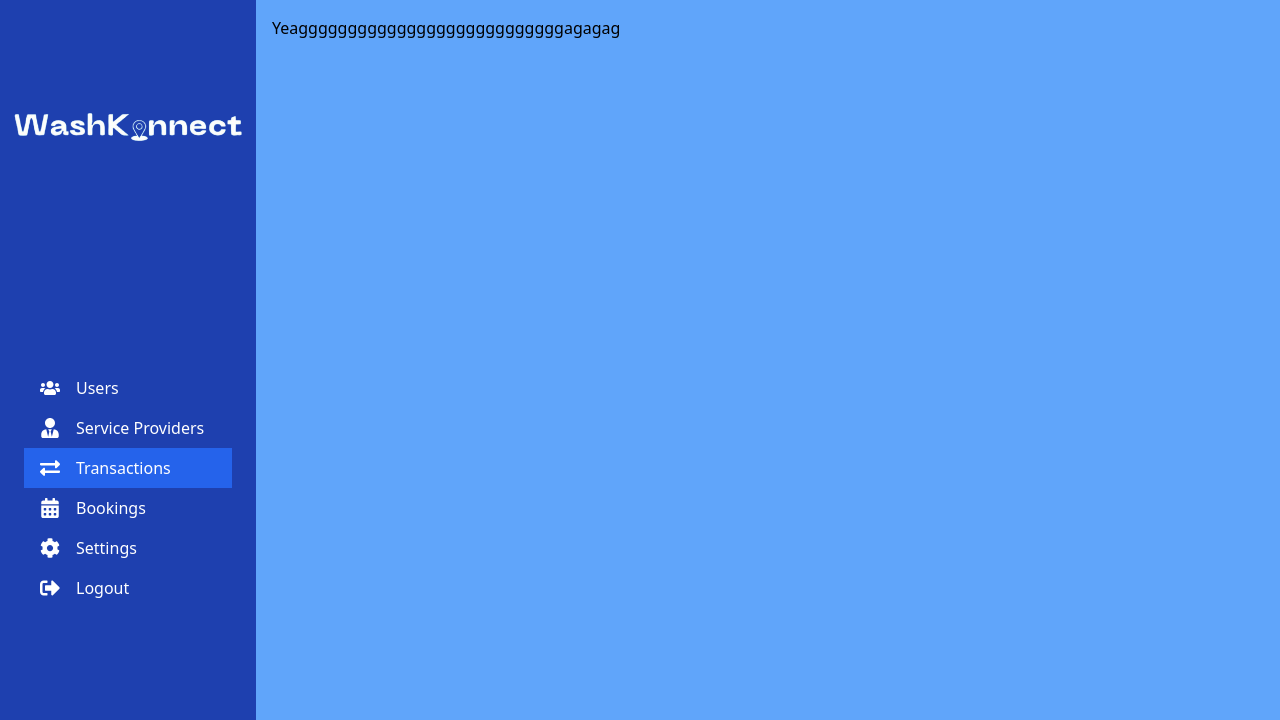
Repository: TEKVOLUTION-LTD/Admin-washKonnect
Page: /dashboard/transactions (app in Admin-WashKonnect/)
An editor plug-in stored every save of this project. The page is shown before and after the next save, followed by the edit.
The browser window is 1280 px wide. The pictures show the whole page.
The project was rebuilt for these pictures with package versions that can differ from the ones it lists, and the page was loaded fresh each time. Also part of the build but not shown: Admin-WashKonnect/vite.config.js, Admin-WashKonnect/src/api/api.js, Admin-WashKonnect/src/pages/LoginPage.jsx, Admin-WashKonnect/src/components/Pagination.jsx, Admin-WashKonnect/src/components/UsersPage.jsx, Admin-WashKonnect/src/pages/ServiceProviderPage.jsx, Admin-WashKonnect/src/pages/BookingsPage.jsx, Admin-WashKonnect/src/pages/SettingsPage.jsx and 1 more.

Above is the page before, as saved 2024-11-20 10:45:16.

### Admin-WashKonnect/src/App.jsx
import { BrowserRouter as Router, Route, Routes } from "react-router-dom";
import LoginPage from "./pages/LoginPage";
import Dashboard from "./pages/Dashboard";

function App() {
  return (
    <Router>
      <Routes>
        <Route path="/" element={<LoginPage />} />
        <Route path="/dashboard/*" element={<Dashboard />} />
      </Routes>
    </Router>
  );
}

export default App;

### Admin-WashKonnect/src/pages/Dashboard.jsx
import { Route, Routes } from "react-router-dom";
import Sidebar from "../components/Sidebar";
import UserPage from "../components/UsersPage";
import ServiceProviderPage from "./ServiceProviderPage";
import TransactionPage from "./TransactionsPage";
import BookingsPage from "./BookingsPage";
import SettingsPage from "./SettingsPage";
import LogoutPage from "./LogoutPage";

const Dashboard = () => {
  return (
    <div className="flex h-screen ">
      <Sidebar />
      <div className="flex-1 bg-blue-400 p-4 overflow-auto ">
        <Routes>
          <Route path="users" element= {<UserPage />} />
          <Route path="service-providers" element={<ServiceProviderPage />} />
          <Route path="transactions" element={<TransactionPage />} />
          <Route path="bookings" element={<BookingsPage />} />
          <Route path="settings" element={<SettingsPage />} />
          <Route path="logout" element={<LogoutPage />} />
        </Routes>
      </div>
    </div>
  );
};

export default Dashboard;

### Admin-WashKonnect/src/components/Sidebar.jsx
import { NavLink } from "react-router-dom";
import { FaUsers, FaUserTie, FaExchangeAlt, FaCalendarAlt, FaCog, FaSignOutAlt } from "react-icons/fa";
import WashkonnectLogo from '../assets/WashkonnectLogo.png'

const Sidebar = () => {
  const links = [
    { name: "Users", path: "users", icon: <FaUsers /> },
    { name: "Service Providers", path: "service-providers", icon: <FaUserTie /> },
    { name: "Transactions", path: "transactions", icon: <FaExchangeAlt /> },
    { name: "Bookings", path: "bookings", icon: <FaCalendarAlt /> },
    { name: "Settings", path: "settings", icon: <FaCog /> },
    { name: "Logout", path: "logout", icon: <FaSignOutAlt /> },
  ];

  return (
    <div className="w-64 bg-blue-800 text-white h-full  flex flex-col">
      <div>
        <img src={WashkonnectLogo} alt="" />
      </div>
      <nav className="flex-1 mt-[7rem] px-[1.5rem] ">
        {links.map((link) => (
          <NavLink
            key={link.name}
            to={`/dashboard/${link.path}`}
            className={({ isActive }) =>
              `block px-4 py-2 flex items-center space-x-4 hover:bg-blue-400 ${
                isActive ? "bg-blue-600" : ""
              }`
            }
          >
            <span className="text-xl">{link.icon}</span>
            <span>{link.name}</span>
          </NavLink>
        ))}
      </nav>
    </div>
  );
};

export default Sidebar;

### Admin-WashKonnect/src/pages/TransactionsPage.jsx
import React from 'react'

const TransactionsPage = () => {
  return (
    <div>
      Yeagggggggggggggggggggggggggggagagag
    </div>
  )
}

export default TransactionsPage

Loaded but not shown: Admin-WashKonnect/index.html (common file); Admin-WashKonnect/src/main.jsx (common file); Admin-WashKonnect/src/index.css (common file); Admin-WashKonnect/tailwind.config.js (common file)

After the next save:
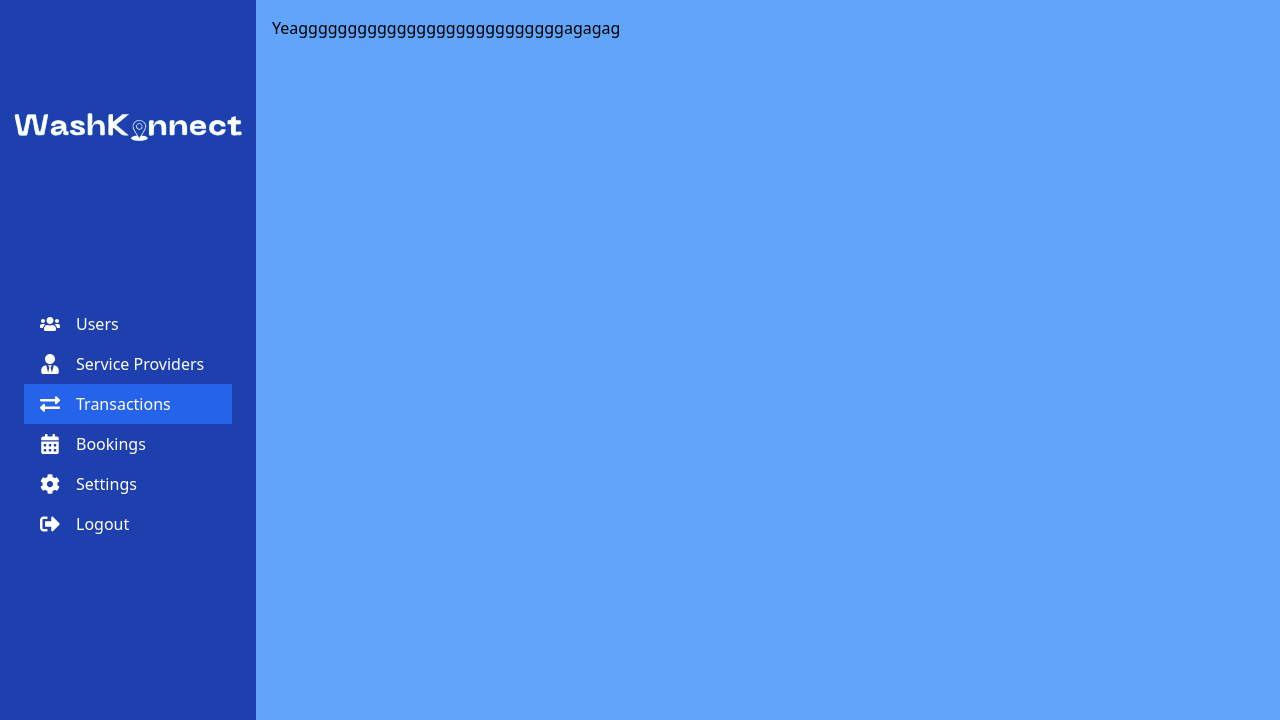
Saved 15 s later.
--- a/Admin-WashKonnect/src/components/Sidebar.jsx
+++ b/Admin-WashKonnect/src/components/Sidebar.jsx
@@ -17,7 +17,7 @@ const Sidebar = () => {
       <div>
         <img src={WashkonnectLogo} alt="" />
       </div>
-      <nav className="flex-1 mt-[7rem] px-[1.5rem] ">
+      <nav className="flex-1 mt-[3rem] px-[1.5rem] ">
         {links.map((link) => (
           <NavLink
             key={link.name}
